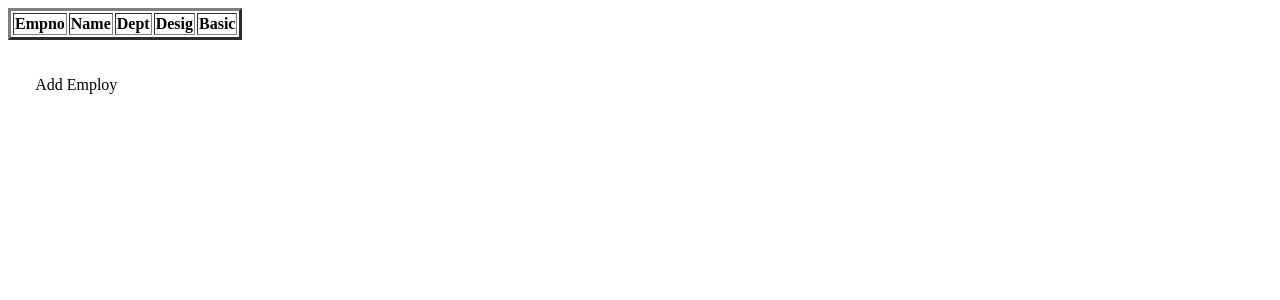
Repository: vinodkumarr269/mode1
Page: http://localhost/EmployCrude/EmployShow.jsp
An editor plug-in stored every save of this project. The page is shown before and after the next save, followed by the edit.
The browser window is 1280 px wide. The pictures show the whole page.
The page is served by Tomcat 9. Queries for data that is not in the repository find no rows.

Above is the page before, as saved 2019-08-21 07:11:54.

After the next save:
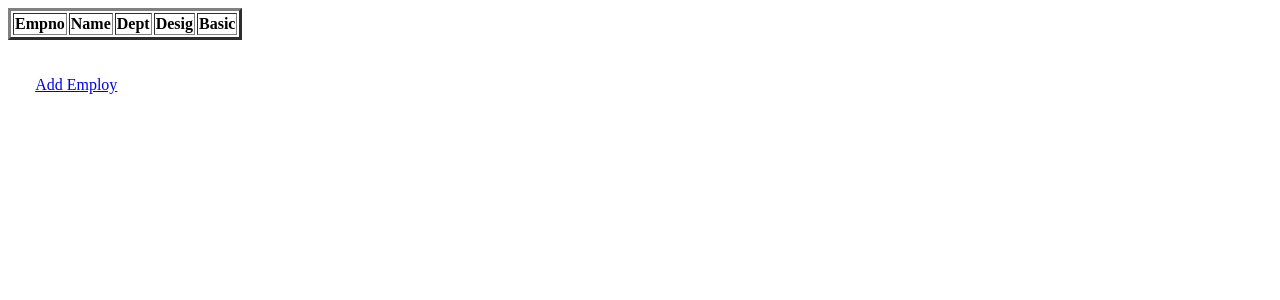
Saved 52 s later.
--- a/day13/EmployCrude/WebContent/EmployShow.jsp
+++ b/day13/EmployCrude/WebContent/EmployShow.jsp
@@ -38,7 +38,7 @@
 %>
 </table><br/><br/>
 &nbsp;&nbsp;&nbsp;&nbsp;&nbsp;&nbsp;
-<a hrsf="AddEmploy.jsp">Add Employ</a>
+<a href="AddEmploy.jsp">Add Employ</a>
 
 </body>
 </html>
